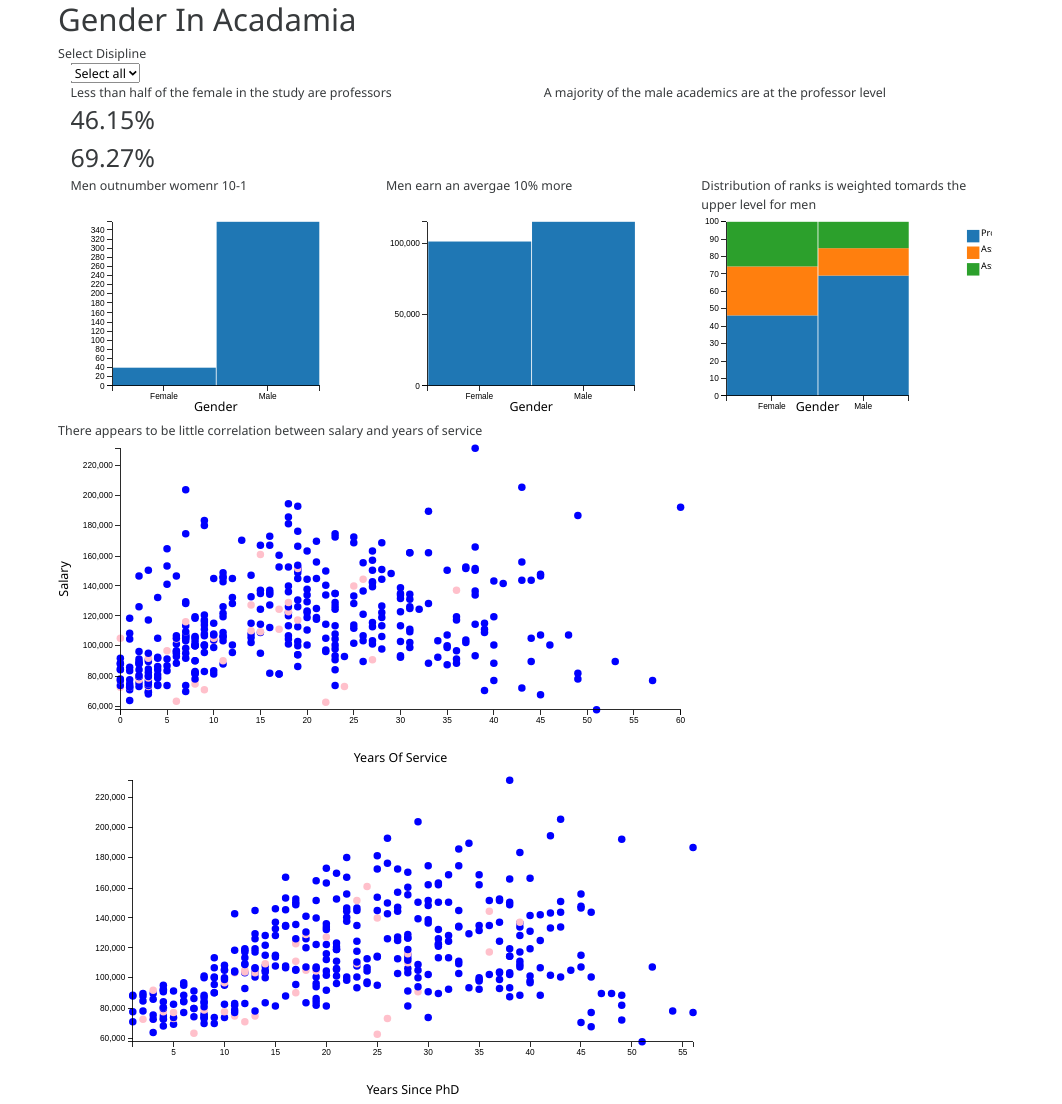
Repository: Angie55/dashboard-mini-project
Page: index.html
The author's editor kept a record of every edit. The page is drawn from the files as they stood at one moment, then again after the next edit.
The browser window is 1280 px wide. The pictures show the whole page, at 83% of full size.

Above is the page before.

After the next edit:
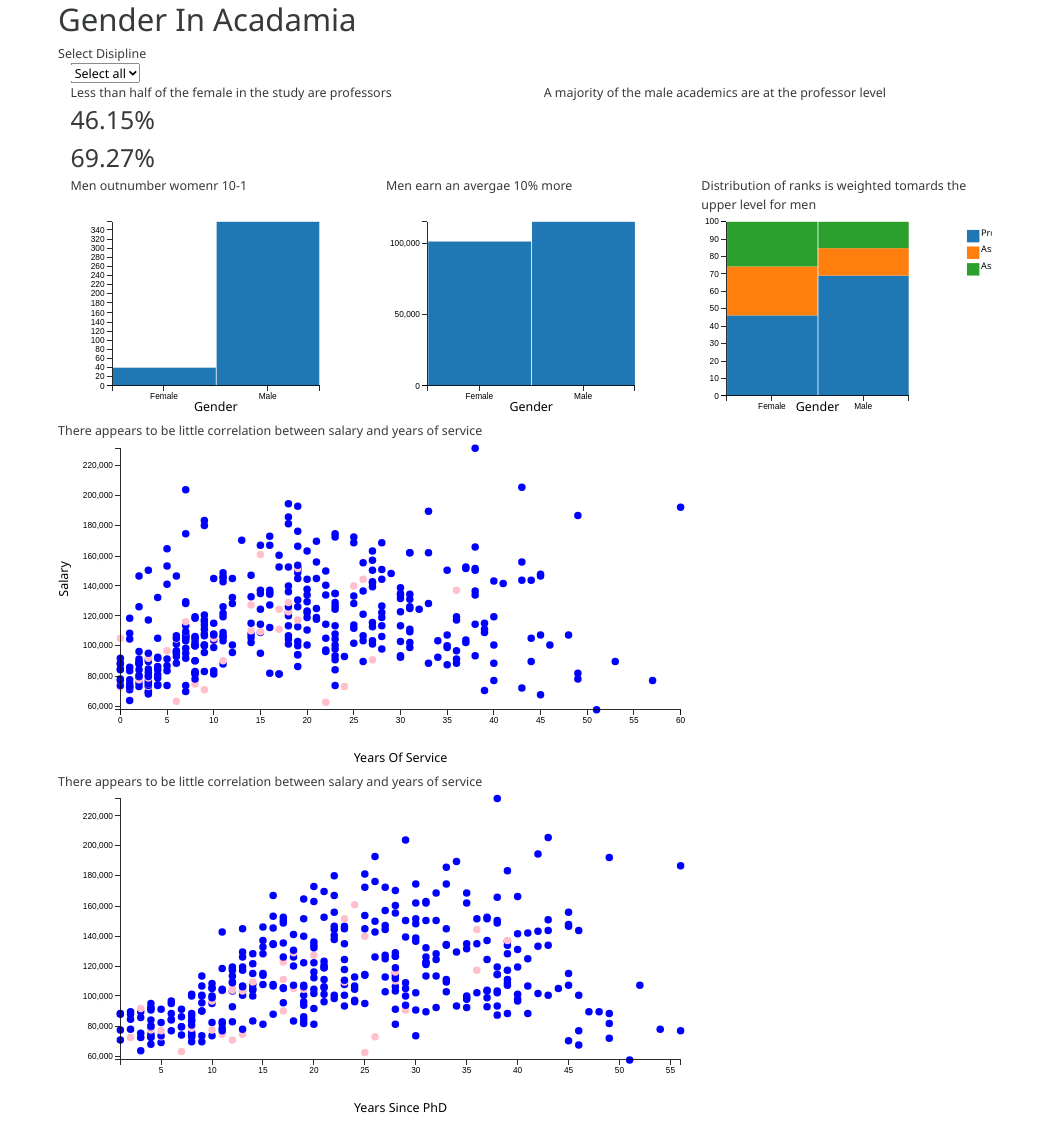
The edit:
--- a/index.html
+++ b/index.html
@@ -58,6 +58,13 @@
              <div class="col-md-offset-2" id="service-salary"></div>
         </div>
 
+        <div class="row">
+            <div class="col-md-offset-2">There appears to be little correlation between salary and years of service</div>
+        </div>
+        <div class="row">
+             <div class="col-md-offset-2" id="phd-salary"></div>
+        </div>
+
         <div id="phd-salary"></div>
 
     </div>
